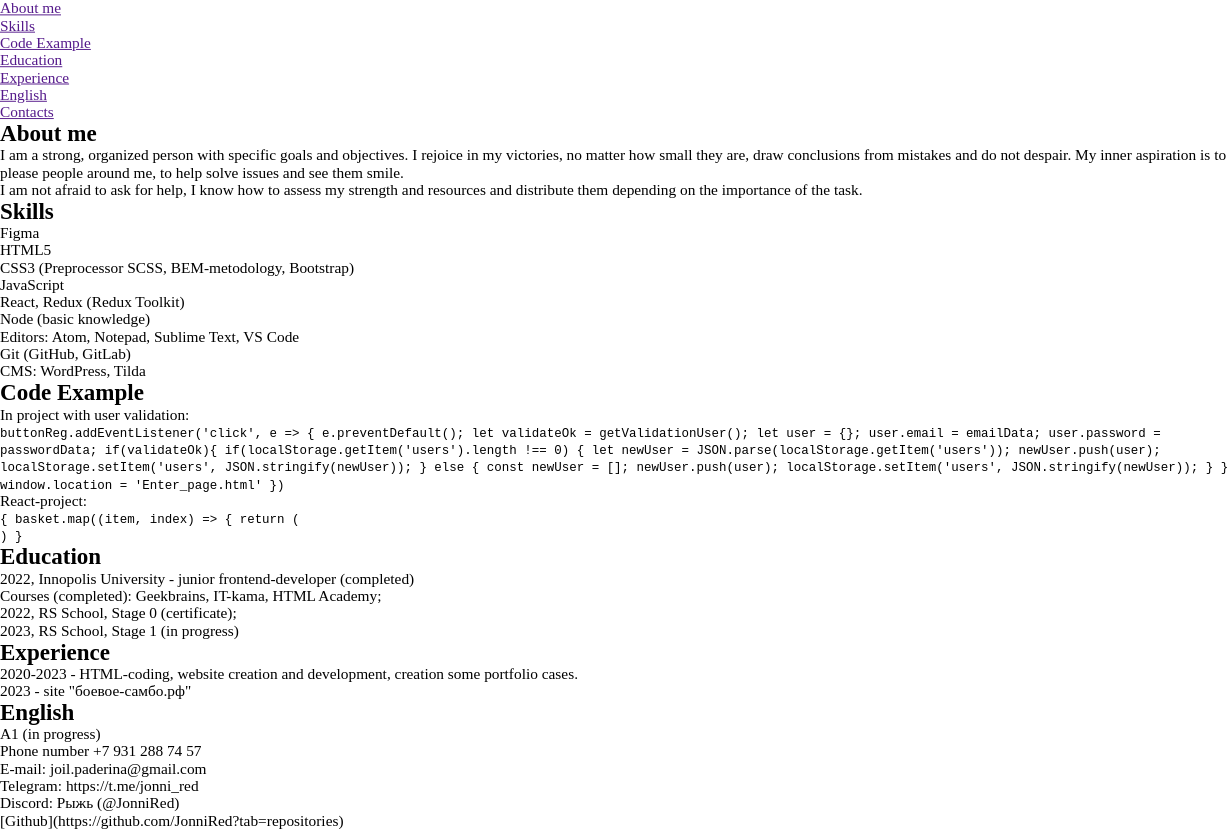
Repository: JonniRed/rsschool-cv-past
Page: index.html
An editor plug-in stored every save of this project. The page is shown before and after the next save, followed by the edit.
The browser window is 1280 px wide. The pictures show the whole page, at 96% of full size.

Above is the page before, as saved 2023-11-29 10:30:05.

After the next save:
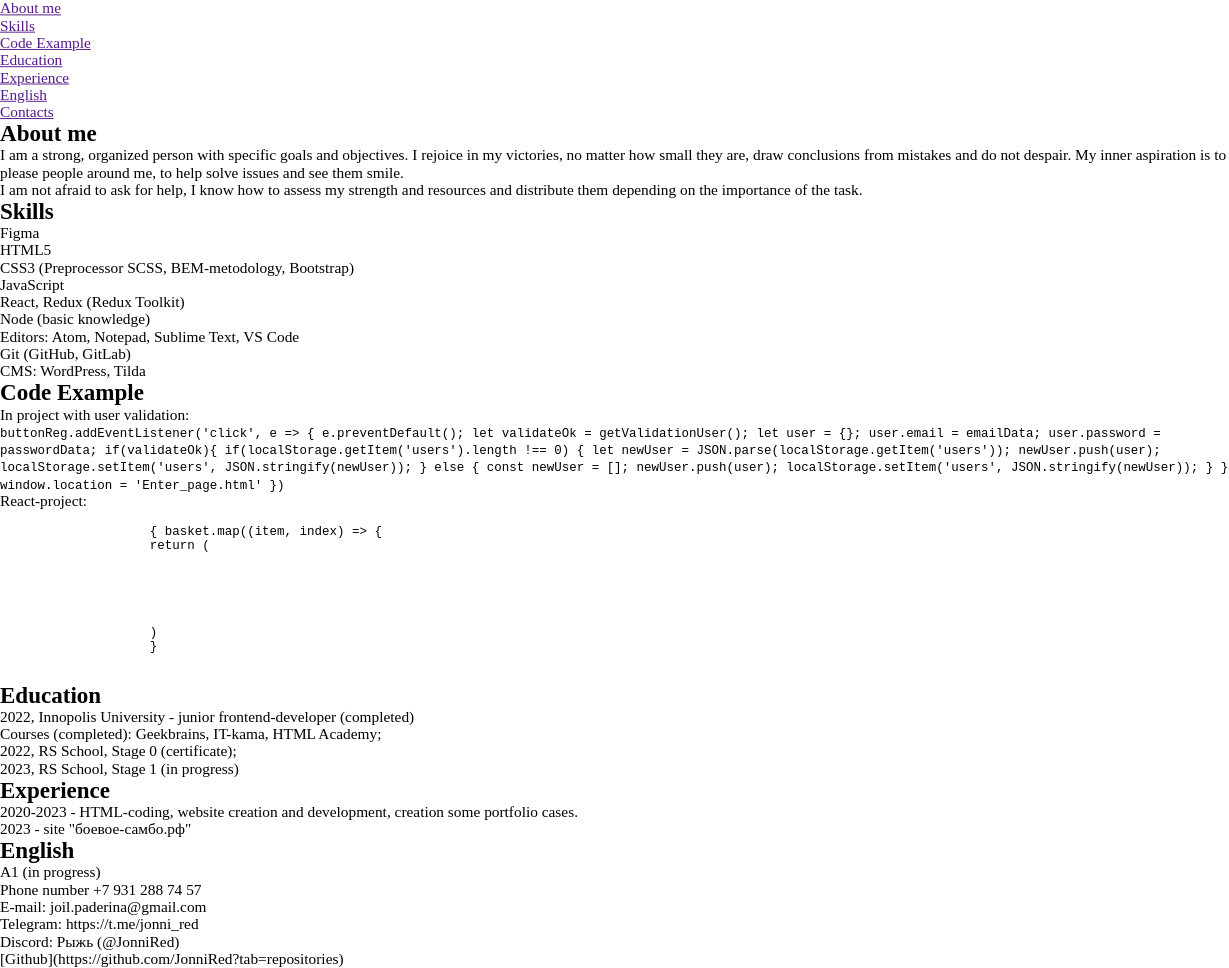
Saved 4 min 43 s later.
--- a/index.html
+++ b/index.html
@@ -72,16 +72,18 @@
                 })
             </code>
             <p>React-project:</p>
-            <code>
-                { basket.map((item, index) => {
-                return (
-                <div className="basket__item" key={index}>
-                    <BasketItem id={ item.id } url={ item.img } name={ item.title } price={ item.price} count={
-                        item.count } />
-                </div>
-                )
-                }
-            </code>
+            <pre>
+                <code>
+                    { basket.map((item, index) => {
+                    return (
+                    <div className="basket__item" key={index}>
+                        <BasketItem id={ item.id } url={ item.img } name={ item.title } price={ item.price} count={
+                            item.count } />
+                    </div>
+                    )
+                    }
+                </code>
+            </pre>
         </section>
         <section class="edu">
             <h2>Education</h2>
